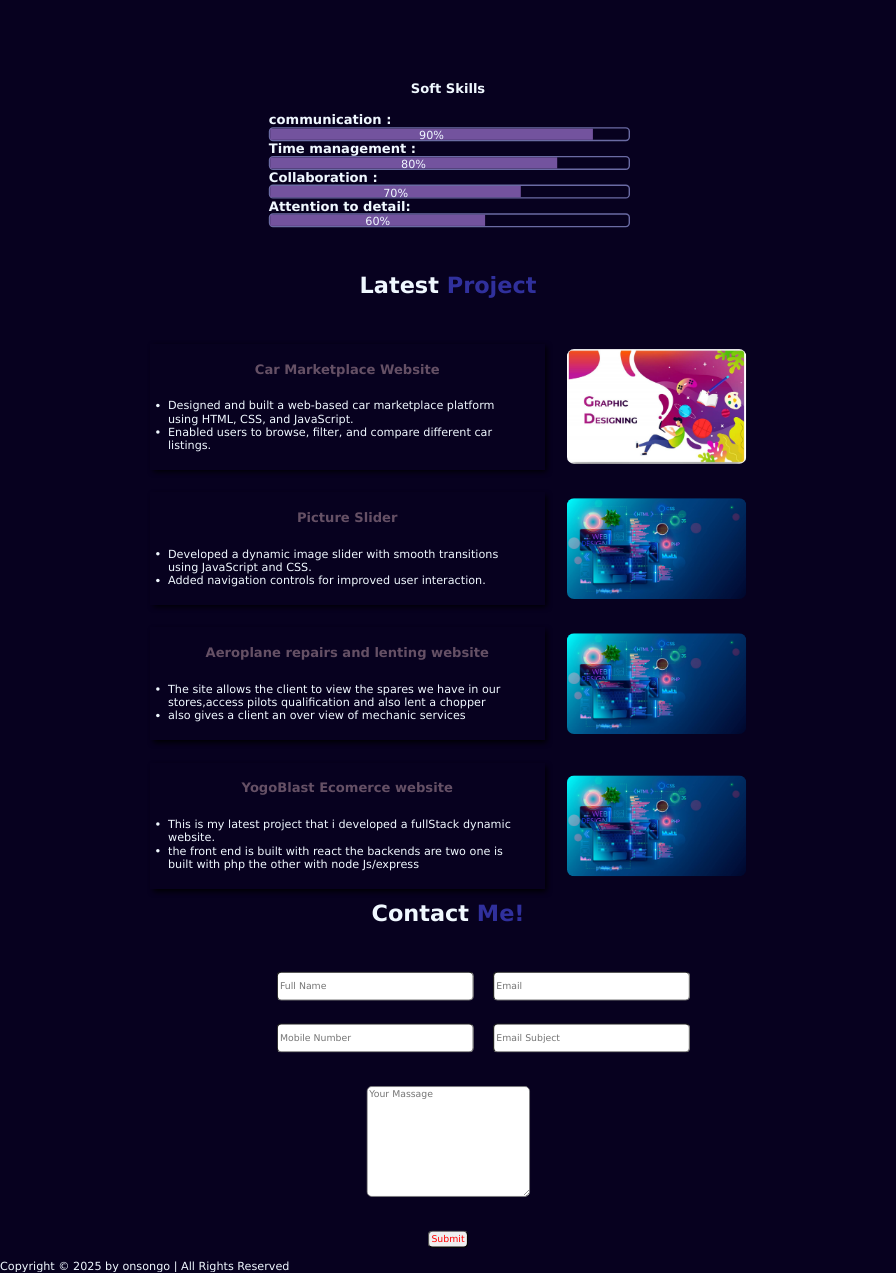
Repository: shrewd-baddest/portfolio
Page: myportfolio-main/index.html
The author's editor kept a copy of each file at every save. The page is drawn from the files as they stood at one save, then again after the next save.
The browser window is 1280 px wide. The pictures show the part of the page from y = 1844 to 3764 px (the page is 3662 px tall before and 3764 px after), at 70% of full size.
Some web libraries are served in a nearby version.

Above is the page before, as saved 2025-06-24 08:05:01.

After the next save:
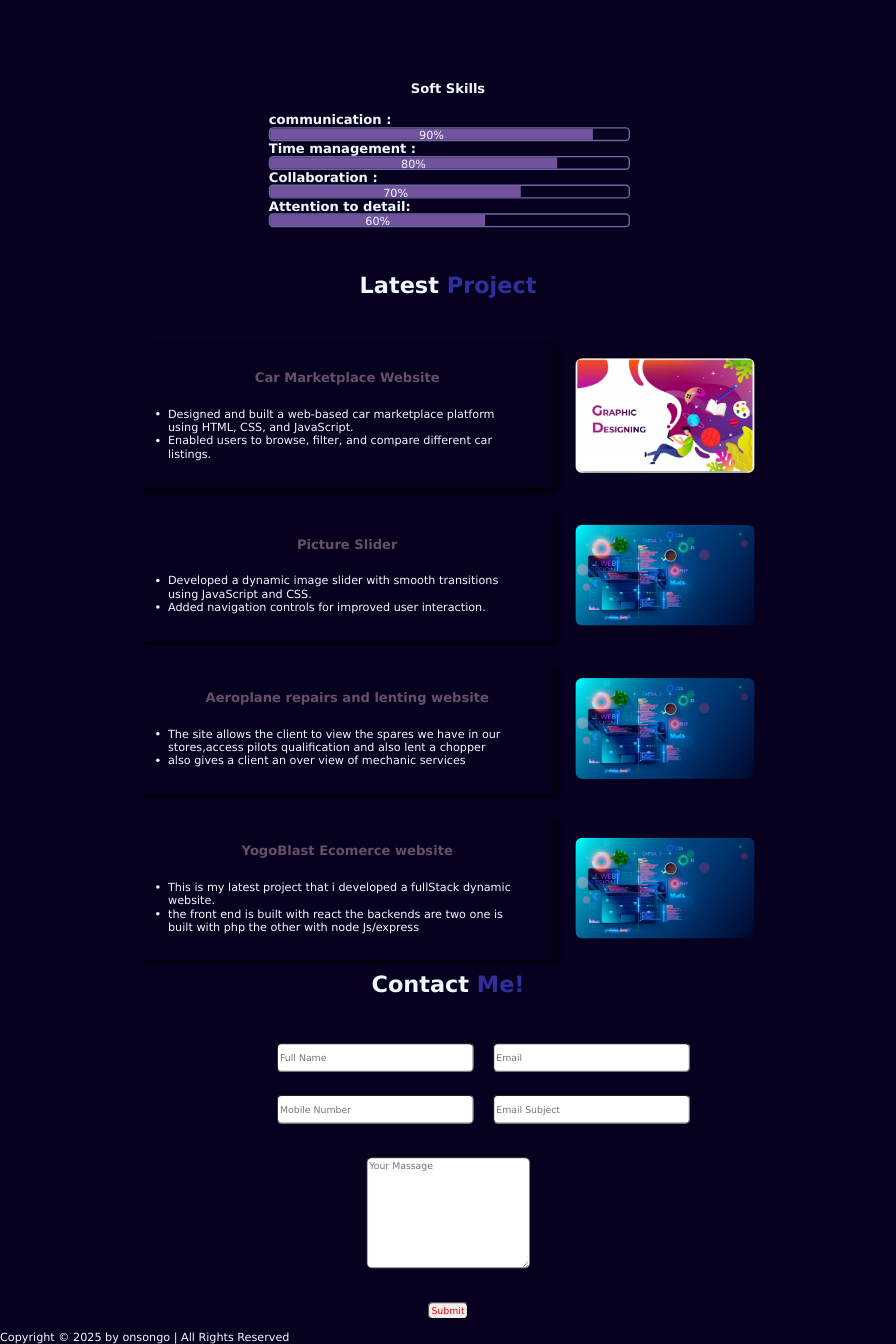
Saved 8 s later.
--- a/sting.css
+++ b/sting.css
@@ -285,7 +285,7 @@ text-align: center;
  max-width: 40%;
   box-shadow: 4px 4px 8px black;
   margin: 1rem;
-  padding: 2%;
+  padding: 3%;
 }
 .portfolio-layer h3{
     text-align: center;
